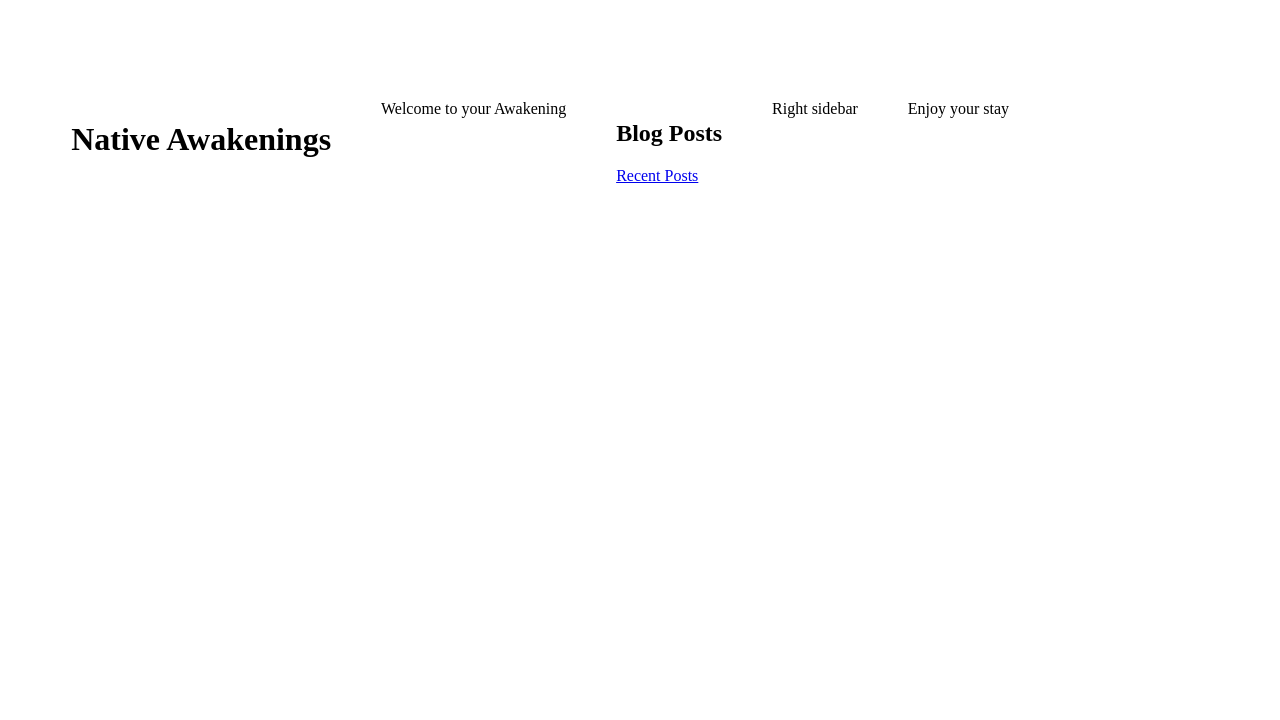
Repository: Gregg-Hendrix/blog-project
Page: index.html
The author's editor kept a copy of each file at every save. The page is drawn from the files as they stood at one save, then again after the next save.
The browser window is 1280 px wide. The pictures show the whole page.

Above is the page before, as saved 2021-03-15 14:06:03.

### index.html
<!DOCTYPE html>
<html lang="en">
    <head>
        <meta charset="utf-8">
        <title>Native Awakenings</title>
        <meta content="width=device-width, initial-scale=1, maximum-scale=1" name="viewport"/>
        <link rel="stylesheet" href="stylesheet.css">

         </head>
    <body>
<div class="container">
  <header><h1>Native Awakenings</h1></header>
  <main>Welcome to your Awakening</main>
  <aside class="left-sidebar"><h1>Blog Posts</h1><a href="meditation.html">Recent Posts</a></aside>
  <aside class="right-sidebar">Right sidebar</aside>
  <footer>Enjoy your stay</footer>
</div>
            <!-- <header class="header">Native Awakenings</header>
            <h1 class="intro">Welcome to your Awakening</h1>
            <div class="container">
            <nav>what</nav>
            <article class="container">Mindful Musings</article>
            <sidebar class="sidebar"><h1>Blog Posts</h1><a href="meditation.html">Recent Posts</a></sidebar>
            <footer class="footer">Enjoy your stay</footer> -->
        </div>
    </body>
</html>

### stylesheet.css
.header{
    display: flex;
        flex-direction: row;
        justify-content: center;
        border: indigo;
}
.intro{
    display: flex;
        flex-direction: row;
        justify-content: center;
        border: indigo;
}
.container{
    display: grid;
    width: 90%;
    margin: auto;
    margin-top: 100px;
    grid-template-columns: 40px repeat(7 1fr);
    grid-template-rows: 60px 400px 1fr;
    grid-template-areas:
    "hd hd hd hd hd hd hd hd"
    "sd main main main main main main main"
    "ft ft ft ft ft ft ft ft";
}

    .box {
        border: 1px solid rebeccapurple;
        background: #F8FA9D;
    }

    .header{
        grid-area: hd;
    }

    .sidebar{
        grid-area: sd;
    }

    .content{
        grid-area: main;
    }

    .footer{
        grid-area: ft;
    }

After the next save:
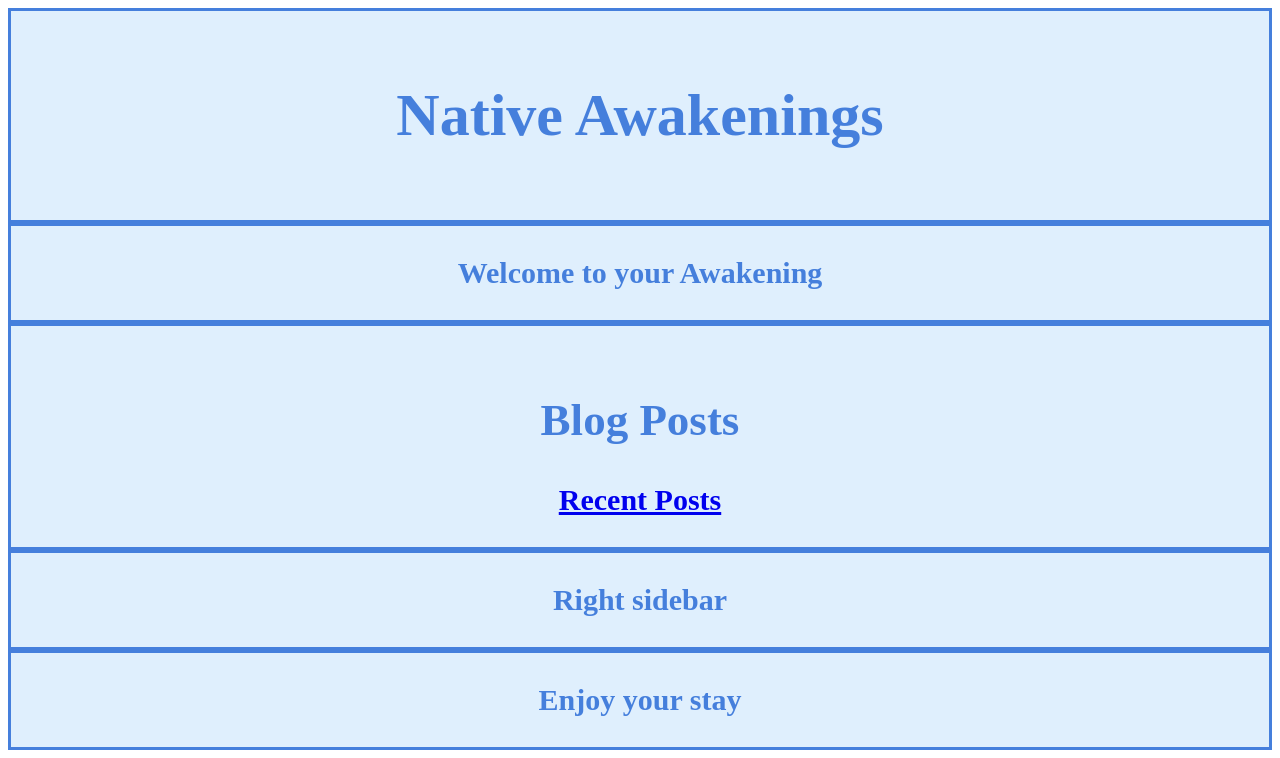
Saved 54 s later.
--- a/stylesheet.css
+++ b/stylesheet.css
@@ -1,45 +1,24 @@
-.header{
-    display: flex;
-        flex-direction: row;
-        justify-content: center;
-        border: indigo;
-}
-.intro{
-    display: flex;
-        flex-direction: row;
-        justify-content: center;
-        border: indigo;
-}
-.container{
-    display: grid;
-    width: 90%;
-    margin: auto;
-    margin-top: 100px;
-    grid-template-columns: 40px repeat(7 1fr);
-    grid-template-rows: 60px 400px 1fr;
-    grid-template-areas:
-    "hd hd hd hd hd hd hd hd"
-    "sd main main main main main main main"
-    "ft ft ft ft ft ft ft ft";
+HTML CSSResult Skip Results Iframe
+EDIT ON
+.container {
+  display: grid;
+  grid-template-columns: 11rem 1fr 11rem;
+  grid-gap: 0.625rem;
 }
 
-    .box {
-        border: 1px solid rebeccapurple;
-        background: #F8FA9D;
-    }
-
-    .header{
-        grid-area: hd;
-    }
-
-    .sidebar{
-        grid-area: sd;
-    }
-
-    .content{
-        grid-area: main;
-    }
-
-    .footer{
-        grid-area: ft;
-    }
+.container > * {
+  padding: 1.875rem;
+  font-size: 1.875rem;
+  font-weight: 800;
+  text-align: center;
+  background: #dfeffd;
+  border: 3px solid #457fdc;
+  color: #457fdc;
+}
+header,
+footer {
+  grid-column: 1 / span 3;
+}
+.left-sidebar {
+  grid-area: 2 / 1;
+}
